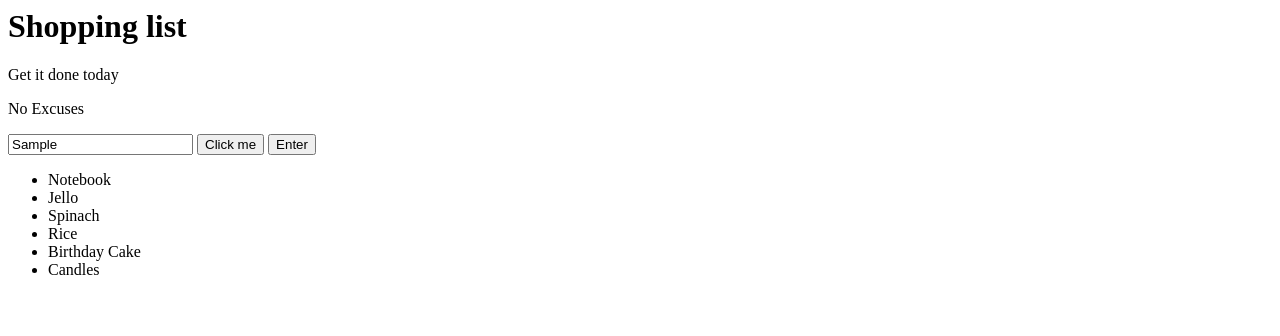
Repository: michalJanaGitHub/michalJanaGitHub.github.io
Page: projects in progress/DOM Events/index.html
These files come from the project's save history. The page is drawn as it stood at one moment and after the next save; the edit follows.
The browser window is 1280 px wide. The pictures show the whole page.
Empty fields were first filled with sample values (such as "Sample", 5 or name@example.com).
After loading, the first visible `#but2` was clicked once.

Above is the page before, as saved 2018-09-07 19:49:30.
Console error: TypeError: ul.appendChild is not a function

After the next save:
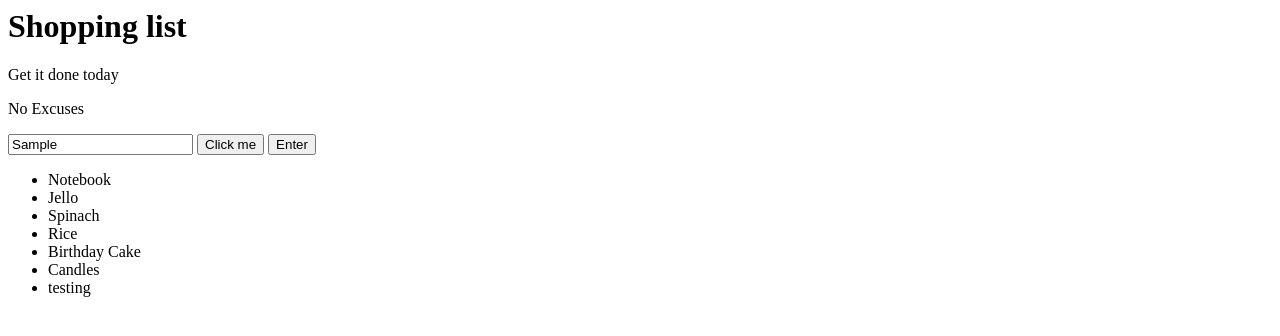
The error is gone.
Saved 45 s later.
--- a/projects in progress/DOM Events/main.js
+++ b/projects in progress/DOM Events/main.js
@@ -11,7 +11,7 @@ window.onload = function(){
         var li = document.createElement("li");
         li.appendChild(document.createTextNode("testing"));
         var ul = document.getElementsByTagName("ul");
-        ul.appendChild(li);
+        ul[0].appendChild(li);
     });
 
 
